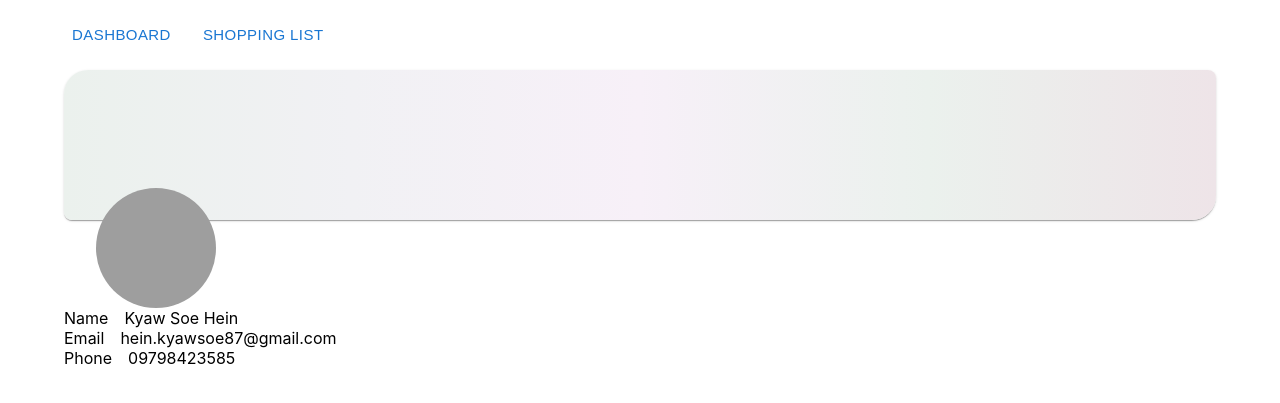
Repository: KyawSoeHein/GoogleAuthReact
Page: /
The author's editor kept a copy of each file at every save. The page is drawn from the files as they stood at one save, then again after the next save.
The browser window is 1280 px wide. The pictures show the whole page.
Pictures or frames that could not be fetched are drawn as grey boxes. The project was rebuilt for these pictures with package versions that can differ from the ones it lists, and the page was loaded fresh each time. Also part of the build but not shown: src/App.css.

Above is the page before, as saved 2022-02-14 19:34:30.

### src/index.tsx
import React from "react";
import ReactDOM from "react-dom";
import "./index.css";
import App from "./App";
import Dashboard from "./View/Dashboard";
import reportWebVitals from "./reportWebVitals";

ReactDOM.render(
  <React.StrictMode>
    <Dashboard />
  </React.StrictMode>,
  document.getElementById("root")
);

// If you want to start measuring performance in your app, pass a function
// to log results (for example: reportWebVitals(console.log))
// or send to an analytics endpoint. Learn more: https://bit.ly/CRA-vitals
reportWebVitals();

### src/View/Dashboard.tsx
import React from "react";
import { Container, Grid, Stack } from "@mui/material";
import MenuSelection from "../Components/MenuSelection";
import CoverAndProfilePhoto from "../Components/CoverAndProfilePhoto";

const Dashboard = () => {
  return (
    <Grid>
      <Container>
        <div style={{ marginTop: 16 }}>
          <MenuSelection />
        </div>

        <div style={{ marginTop: 16 }}>
          <CoverAndProfilePhoto />
        </div>

        <Stack direction={"row"} spacing={2}>
          <div>Name</div>
          <div>Kyaw Soe Hein</div>
        </Stack>

        <Stack direction={"row"} spacing={2}>
          <div>Email</div>
          <div>hein.kyawsoe87@gmail.com</div>
        </Stack>

        <Stack direction={"row"} spacing={2}>
          <div>Phone</div>
          <div>09798423585</div>
        </Stack>
      </Container>
    </Grid>
  );
};

export default Dashboard;

### src/Components/MenuSelection.tsx
import React from "react";
import { Button, Stack } from "@mui/material";
import "../App.css";

const MenuSelection = () => {
  const buttonFontSize = 15;

  return (
    <Stack direction={"row"} spacing={2}>
      <Button sx={{ fontSize: buttonFontSize, fontFamily: "sans-serif" }}>
        Dashboard
      </Button>
      <Button sx={{ fontSize: buttonFontSize, fontFamily: "sans-serif" }}>
        Shopping List
      </Button>
    </Stack>
  );
};

export default MenuSelection;

### src/Components/CoverAndProfilePhoto.tsx
import React from "react";
import { Avatar, Button, Paper, Stack } from "@mui/material";
import "../App.css";

const CoverAndProfilePhoto = () => {
  return (
    <div>
      <Paper
        elevation={1}
        sx={{
          height: 150,
          borderTopRightRadius: 8,
          borderTopLeftRadius: 24,
          borderBottomLeftRadius: 8,
          borderBottomRightRadius: 24,
          background:
            "linear-gradient(to right, rgb(235,241,237), rgb(241,241,244), rgb(247,240,248), rgb(235,241,237), rgb(238,228,232))",
        }}
      ></Paper>

      <Stack direction={"row"}>
        <Avatar
          alt="Remy Sharp"
          src="/static/images/avatar/1.jpg"
          sx={{ width: 120, height: 120, marginTop: -4, marginLeft: 4 }}
        />
      </Stack>
    </div>
  );
};

export default CoverAndProfilePhoto;

Loaded but not shown: public/index.html (common file); src/index.css (common file); src/reportWebVitals.ts (common file)

After the next save:
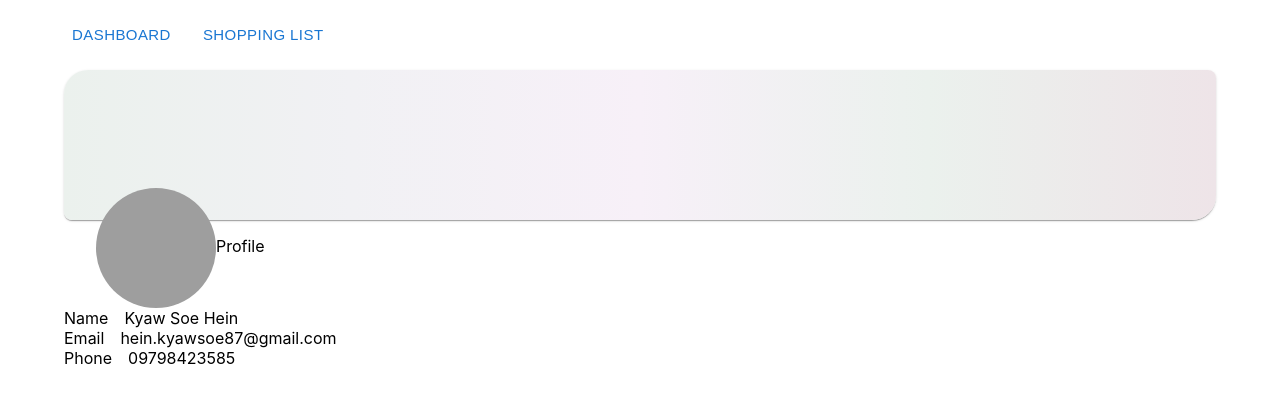
Saved 10 s later.
--- a/src/Components/CoverAndProfilePhoto.tsx
+++ b/src/Components/CoverAndProfilePhoto.tsx
@@ -24,6 +24,8 @@ const CoverAndProfilePhoto = () => {
           src="/static/images/avatar/1.jpg"
           sx={{ width: 120, height: 120, marginTop: -4, marginLeft: 4 }}
         />
+
+        <p>Profile</p>
       </Stack>
     </div>
   );
